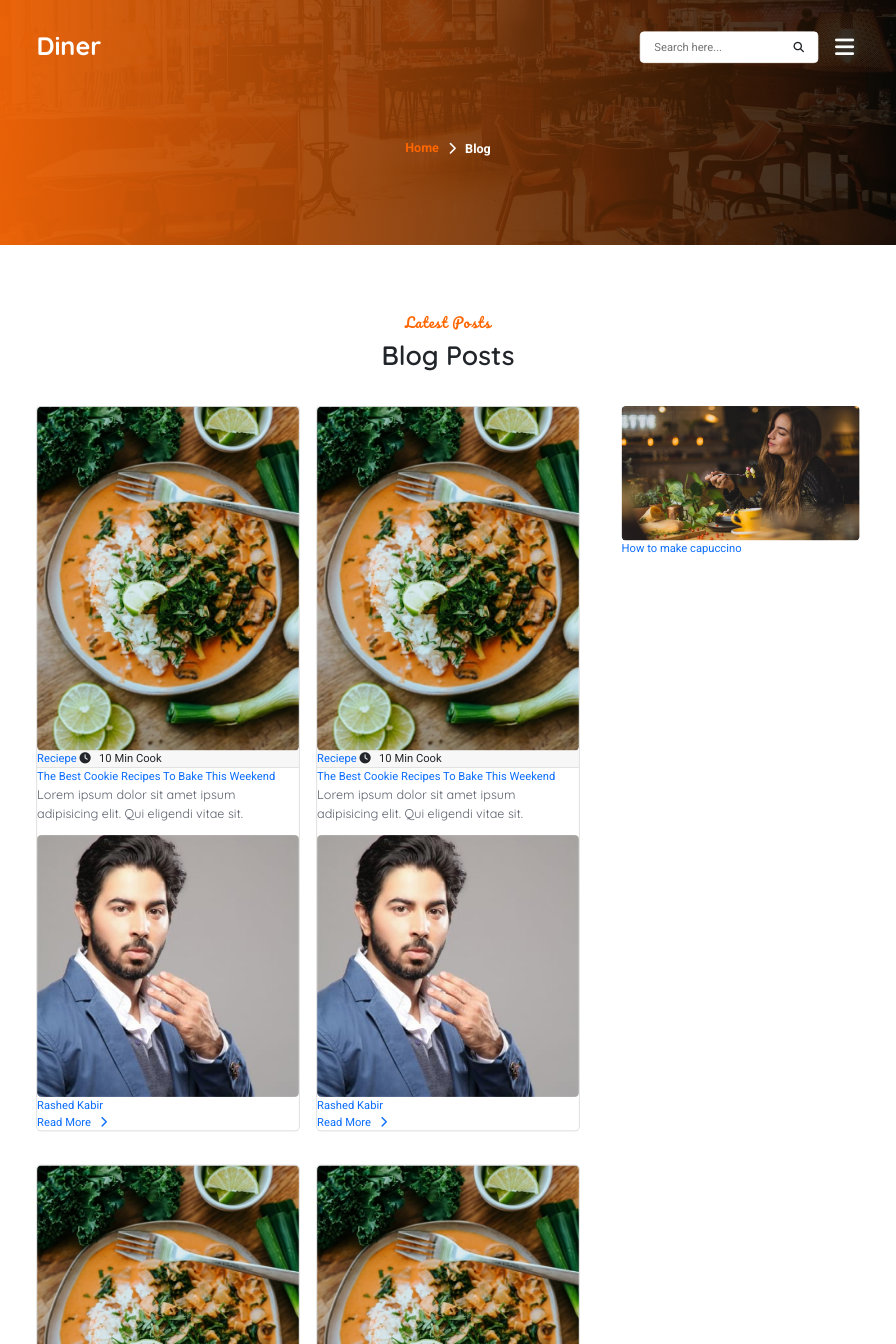
Repository: minhtrivu6199/Diner
Page: blog.html
The author's editor kept a copy of each file at every save. The page is drawn from the files as they stood at one save, then again after the next save.
The browser window is 1280 px wide. The pictures show the part of the page from y = 0 to 1920 px (the page is 4510 px tall), at 70% of full size.
Backgrounds fixed to the window are drawn as part of the page. The style sheet was rebuilt from its Sass, Less or Tailwind sources for each picture, by a compiler version that may differ from the author's.

Above is the page before, as saved 2022-10-12 10:15:05.

After the next save:
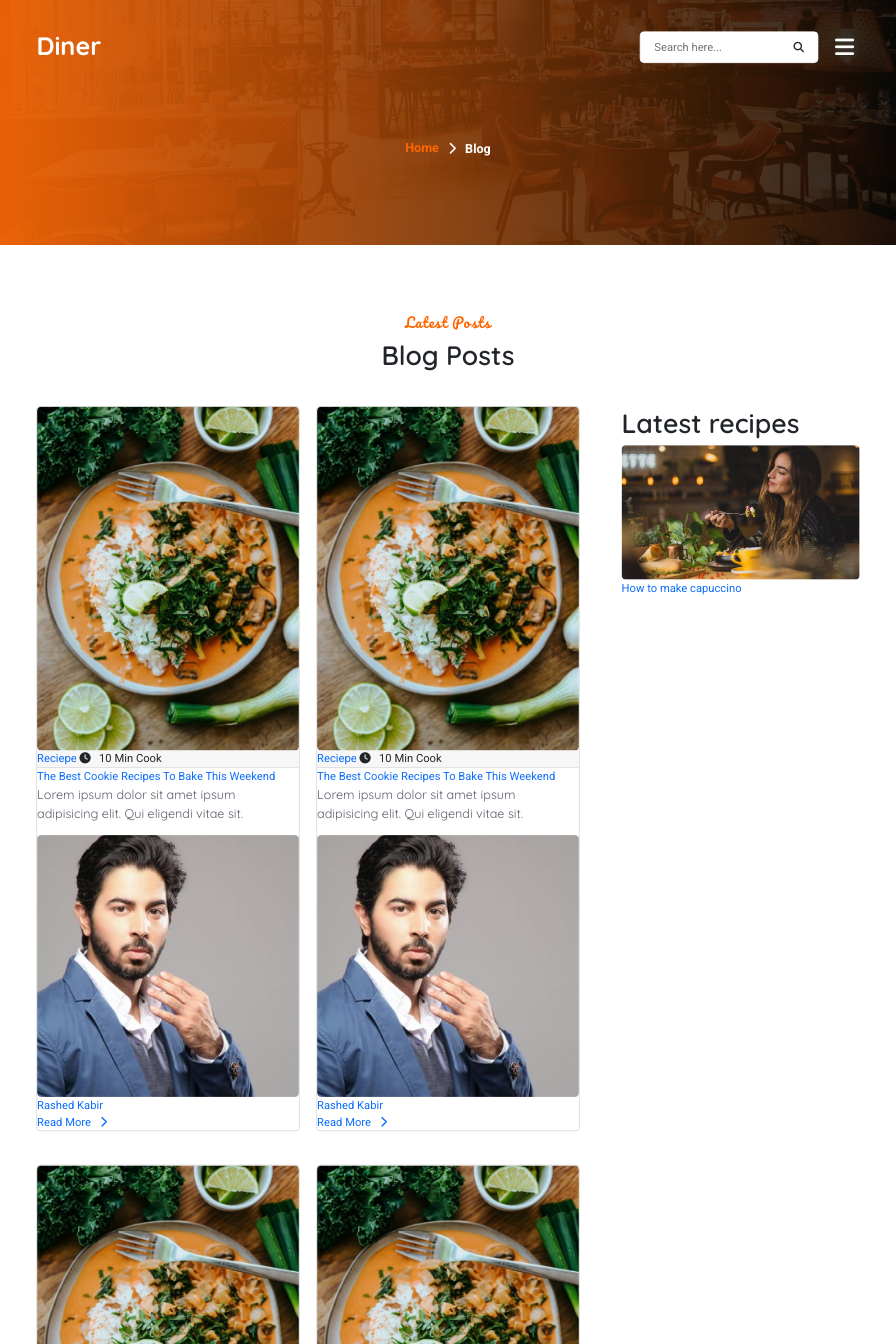
Saved 68 s later.
--- a/blog.html
+++ b/blog.html
@@ -400,6 +400,10 @@
             <div class="sidebar">
                 <div class="sidebar-widget popular-post">
                     <div class="sidebar-title mb-4">
+                        <div class="title-sidebar">
+                            <h3 class="title">Latest recipes
+                            </h3>
+                        </div>
                         <article class="single-post">
                             <figure class="post-thumb">
                                 <img src="./img/banner1.jpg" alt="" class="radius-image img-fluid">
